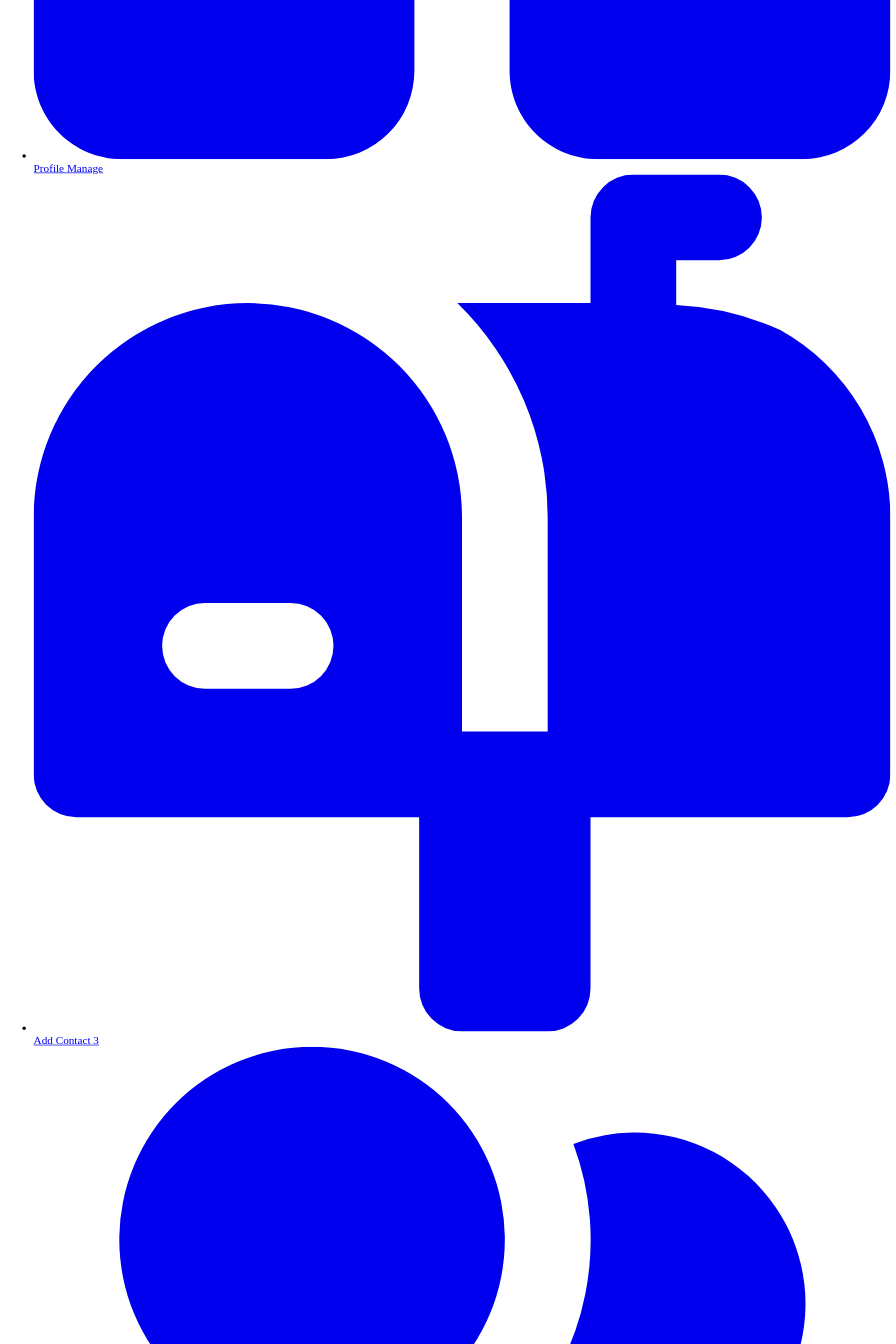
Repository: prateekscode/Smart-Contact-Manager
Page: http://localhost/user/sidebar
The author's editor kept a copy of each file at every save. The page is drawn from the files as they stood at one save, then again after the next save.
The browser window is 1280 px wide. The pictures show the part of the page from y = 2228 to 4148 px (the page is 8602 px tall before and 7374 px after), at 70% of full size.
The page is this project's Thymeleaf template; nobody is signed in. The template is opened directly, without the code that normally fills it, so the values that code supplies are empty.

Above is the page before, as saved 2024-05-23 16:54:36.

After the next save:
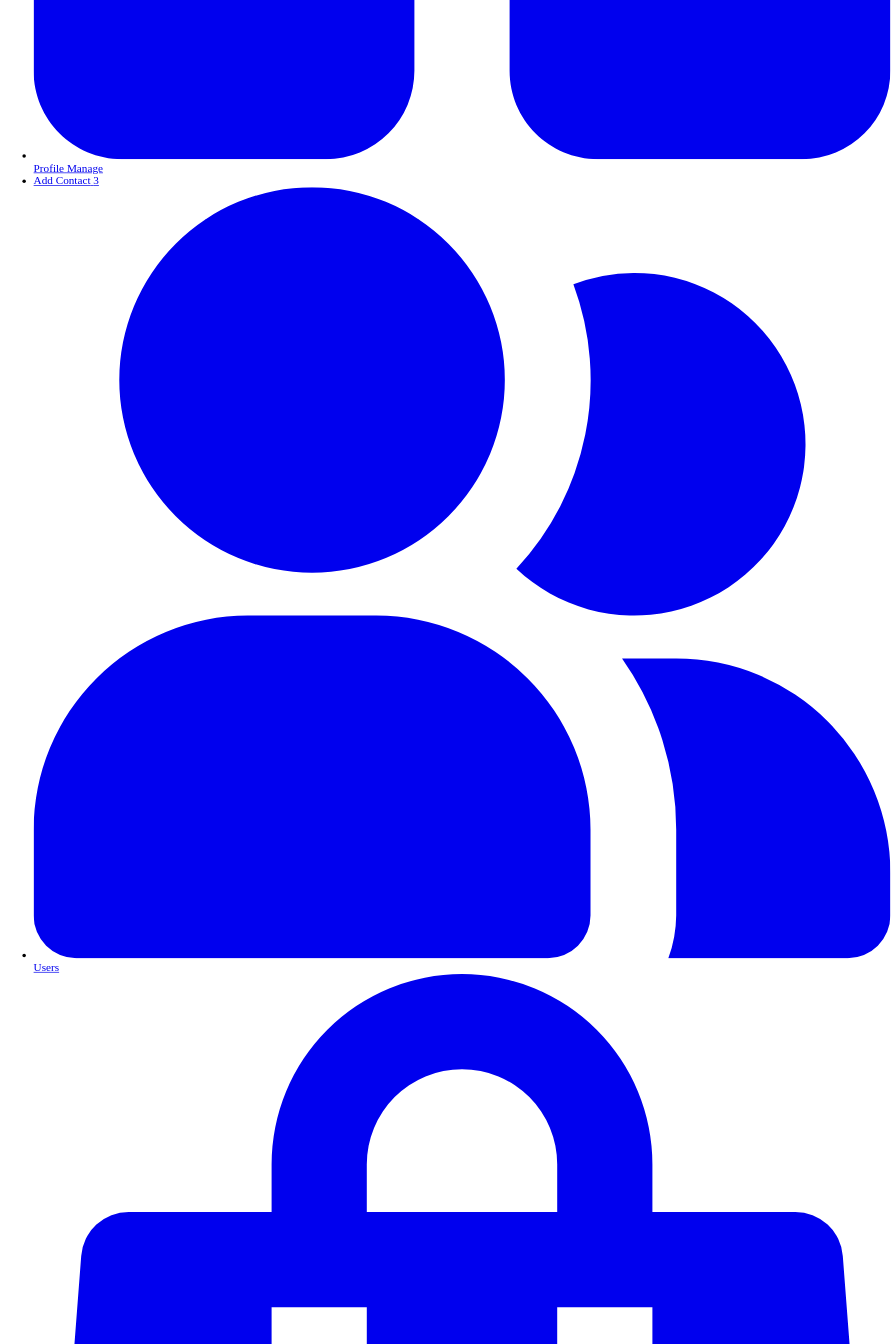
Saved 2 min 57 s later.
--- a/Smart Contact Manager/src/main/resources/templates/user/sidebar.html
+++ b/Smart Contact Manager/src/main/resources/templates/user/sidebar.html
@@ -24,9 +24,7 @@
          </li>
          <li>
             <a data-th-href="@{/user/contacts/add}" class="flex items-center p-2 text-gray-900 rounded-lg dark:text-white hover:bg-gray-100 dark:hover:bg-gray-700 group">
-               <svg class="flex-shrink-0 w-5 h-5 text-gray-500 transition duration-75 dark:text-gray-400 group-hover:text-gray-900 dark:group-hover:text-white" aria-hidden="true" xmlns="http://www.w3.org/2000/svg" fill="currentColor" viewBox="0 0 20 20">
-                  <path d="m17.418 3.623-.018-.008a6.713 6.713 0 0 0-2.4-.569V2h1a1 1 0 1 0 0-2h-2a1 1 0 0 0-1 1v2H9.89A6.977 6.977 0 0 1 12 8v5h-2V8A5 5 0 1 0 0 8v6a1 1 0 0 0 1 1h8v4a1 1 0 0 0 1 1h2a1 1 0 0 0 1-1v-4h6a1 1 0 0 0 1-1V8a5 5 0 0 0-2.582-4.377ZM6 12H4a1 1 0 0 1 0-2h2a1 1 0 0 1 0 2Z"/>
-               </svg>
+               <i class="fa-solid fa-plus h-5 w-5"></i>
                <span class="flex-1 ms-3 whitespace-nowrap">Add Contact</span>
                <span class="inline-flex items-center justify-center w-3 h-3 p-3 ms-3 text-sm font-medium text-blue-800 bg-blue-100 rounded-full dark:bg-blue-900 dark:text-blue-300">3</span>
             </a>
